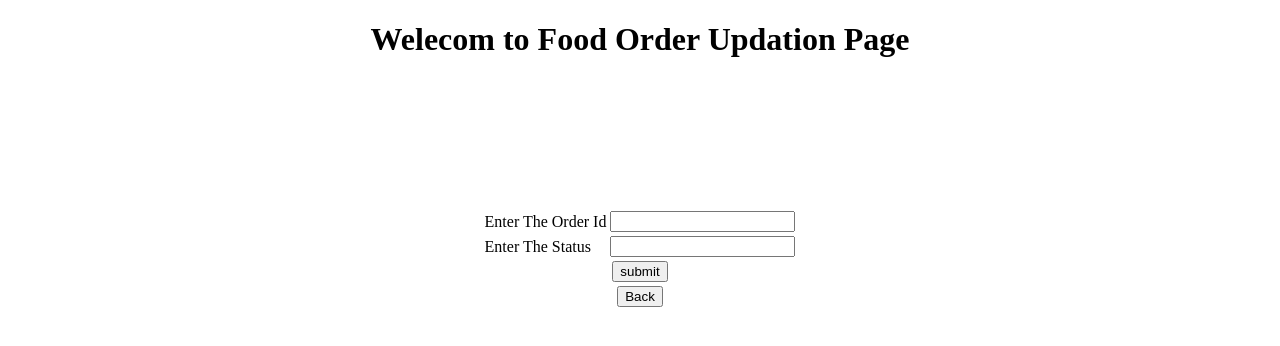
Repository: Jeevith-U/Advance-Java
Page: http://localhost/Food_App/updatefoodorder.jsp
These files come from the project's save history. The page is drawn as it stood at one moment and after the next save; the edit follows.
The browser window is 1280 px wide. The pictures show the whole page.
The page is served by Tomcat 9. Other server files are loaded and not shown.

Above is the page before, as saved 2023-08-25 08:32:46.

### Projects/Food_App/src/main/webapp/updatefoodorder.jsp
<%@ page language="java" contentType="text/html; charset=ISO-8859-1"
    pageEncoding="ISO-8859-1"%>
<!DOCTYPE html>
<html>
<head>
    <meta charset="UTF-8">
    <meta name="viewport" content="width=device-width, initial-scale=1.0">
    <title>Document</title>
    <style>
        table{
            display: flex;
            justify-content: center;
            align-items: center;
            margin-top: 150px;
        }
    </style>
</head>
<body>
    <form action="updatefoodorder" method="post">

        <h1 align="center">Welecom to Food Order Updation Page</h1>

        <table>
            <tr>
                <td><label for="id">Enter The Order Id</label></td>
                <td><input type="number" id="id" name="id"></td>
            </tr>
            <tr>
                <td><label for="status">Enter The Status</label></td>
                <td><input type="text" id="status" name="status"></td>
            </tr>
            <tr><td colspan="2px" align="center"><input type="submit" value="submit"></td>
            </tr>
             <td colspan="2px" align="center"><a href="staff.jsp"><button>Back</button></a></td>
        </table>
    </form>
</body>
</html>

After the next save:
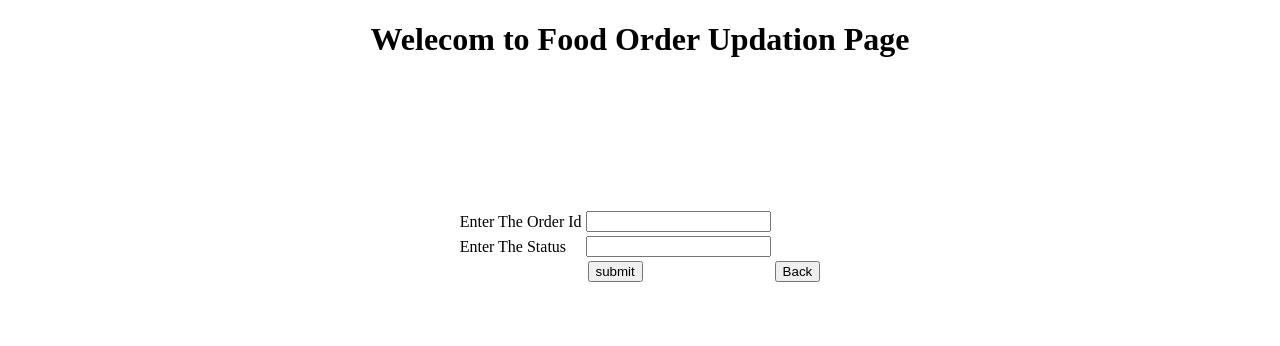
Saved 75 s later.
--- a/Projects/Food_App/src/main/webapp/updatefoodorder.jsp
+++ b/Projects/Food_App/src/main/webapp/updatefoodorder.jsp
@@ -30,8 +30,8 @@
                 <td><input type="text" id="status" name="status"></td>
             </tr>
             <tr><td colspan="2px" align="center"><input type="submit" value="submit"></td>
-            </tr>
              <td colspan="2px" align="center"><a href="staff.jsp"><button>Back</button></a></td>
+             </tr>
         </table>
     </form>
 </body>

After the save that followed:
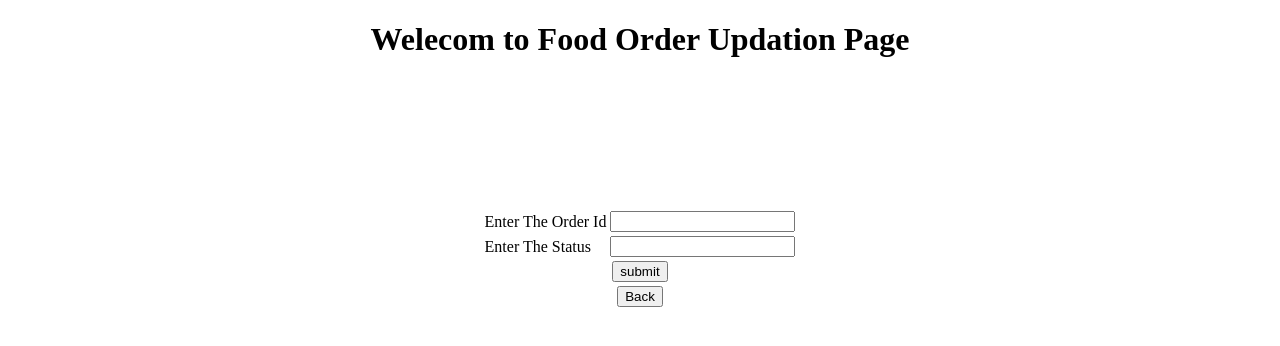
Saved 26 s later.
--- a/Projects/Food_App/src/main/webapp/updatefoodorder.jsp
+++ b/Projects/Food_App/src/main/webapp/updatefoodorder.jsp
@@ -30,8 +30,8 @@
                 <td><input type="text" id="status" name="status"></td>
             </tr>
             <tr><td colspan="2px" align="center"><input type="submit" value="submit"></td>
+            </tr>
              <td colspan="2px" align="center"><a href="staff.jsp"><button>Back</button></a></td>
-             </tr>
         </table>
     </form>
 </body>
